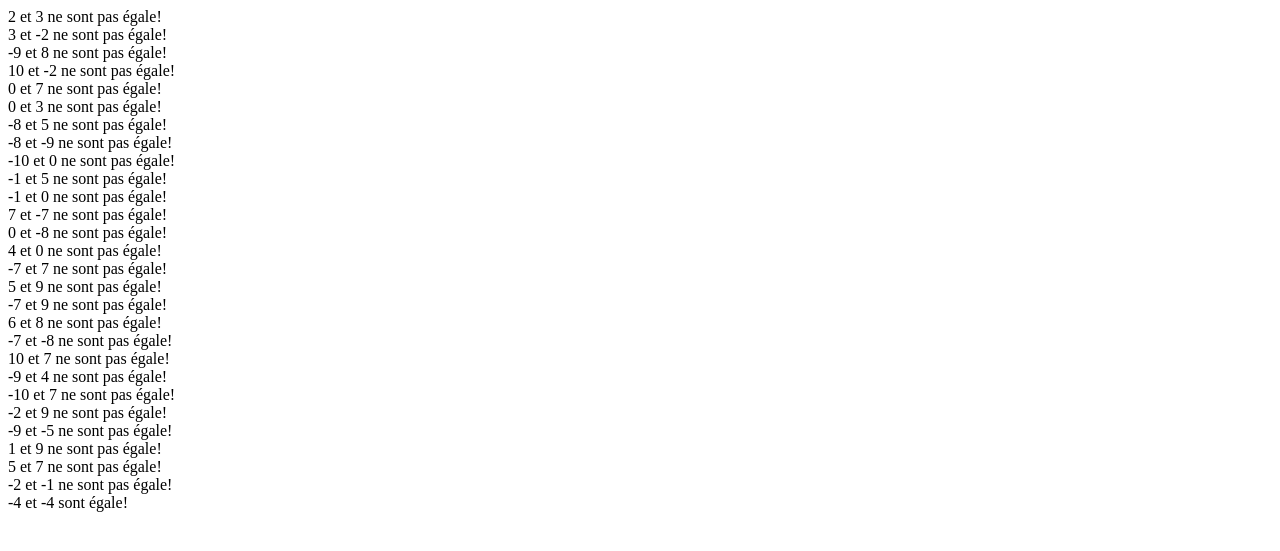
Repository: QuentinFayt/base-php-2021
Page: http://localhost/09-conditions.php
The author's editor kept a copy of each file at every save. The page is drawn from the files as they stood at one save, then again after the next save.
The browser window is 1280 px wide. The pictures show the whole page.
The page is run by PHP 8.4 with error messages shown; the project is at /var/www/html/.

Above is the page before, as saved 2021-09-03 09:53:49.

After the next save:
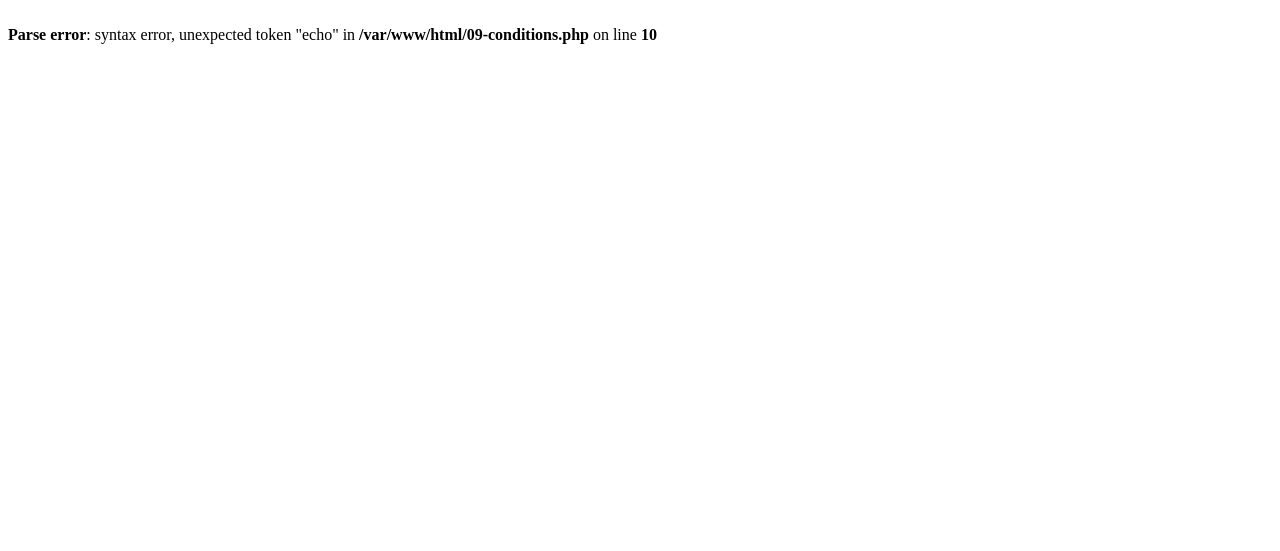
Saved 4 min 15 s later.
--- a/09-conditions.php
+++ b/09-conditions.php
@@ -6,6 +6,7 @@
     if ($x === $y) {
         echo "$x et $y sont égale!</br>";
     } else {
-        echo "$x et $y ne sont pas égale!</br>";
+        echo "$x et $y ne sont pas égale car";
+        $x < $y ? echo '$x est plus petit que $y' : echo '$x est plus grand que $y';
     }
 } while ($x !== $y);

After the save that followed:
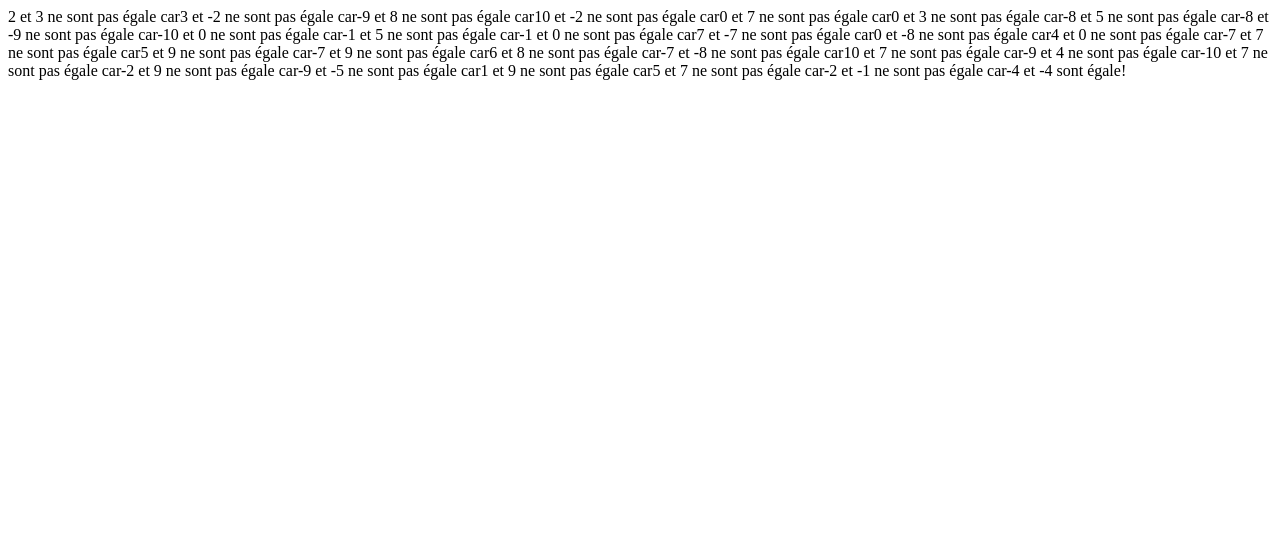
Saved 29 s later.
--- a/09-conditions.php
+++ b/09-conditions.php
@@ -7,6 +7,6 @@
         echo "$x et $y sont égale!</br>";
     } else {
         echo "$x et $y ne sont pas égale car";
-        $x < $y ? echo '$x est plus petit que $y' : echo '$x est plus grand que $y';
+        $x < $y ? $z = '$x est plus petit que $y' : $z = '$x est plus grand que $y';
     }
 } while ($x !== $y);
